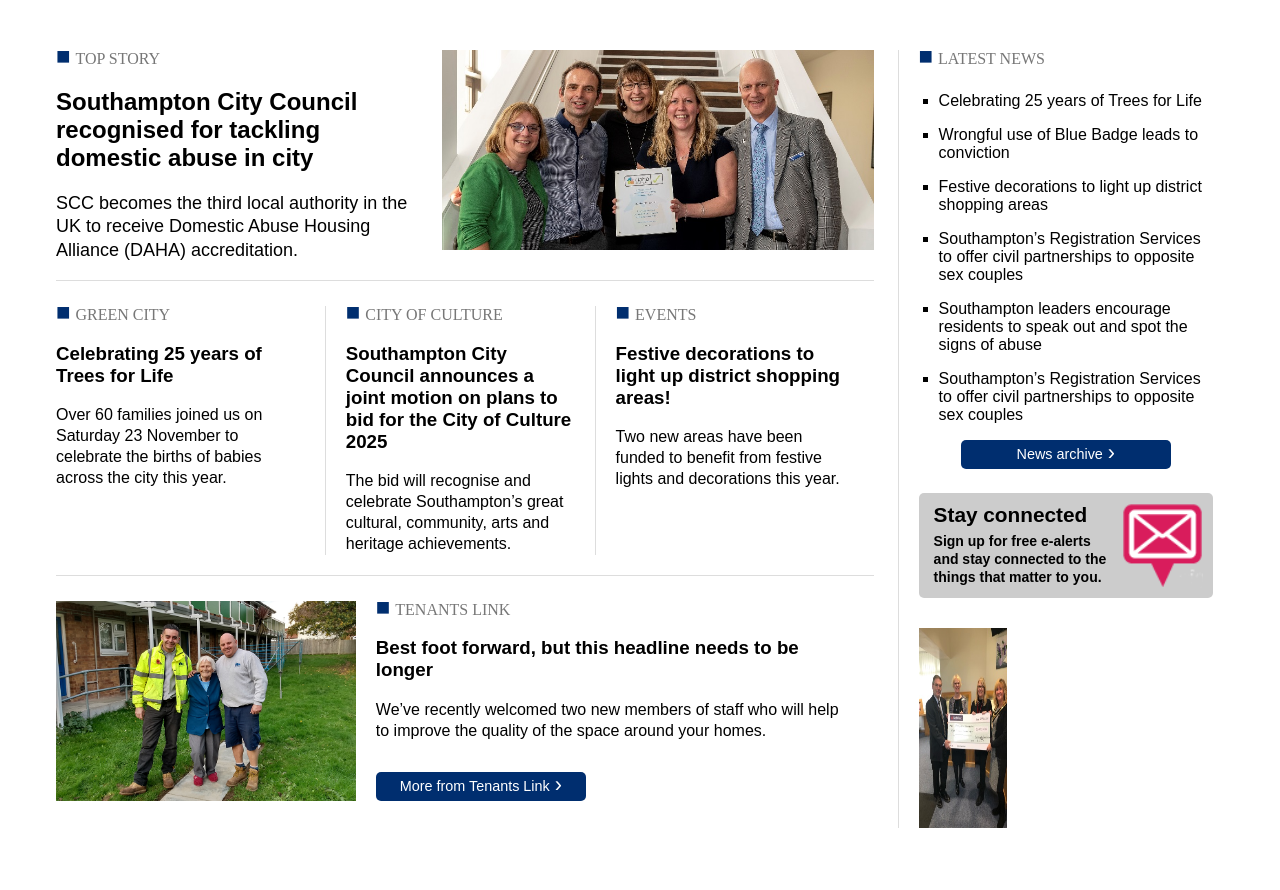
Repository: Domehead123/newspage
Page: index.html
The author's editor kept a record of every edit. The page is drawn from the files as they stood at one moment, then again after the next edit.
The browser window is 1280 px wide. The pictures show the whole page.
Some web libraries are served in a nearby version.

Above is the page before.

### index.html
<!DOCTYPE html>
<html lang="en">

<head>
    <meta charset="UTF-8">
    <meta name="viewport" content="width=device-width, initial-scale=1.0">
    <meta http-equiv="X-UA-Compatible" content="ie=edge">
    <script src="https://ajax.googleapis.com/ajax/libs/jquery/3.4.1/jquery.min.js"></script>

    <script src="https://kit.fontawesome.com/aae406265c.js" crossorigin="anonymous"></script>

    <link rel="stylesheet" href="news.css" type="text/css" />
    <title>News & Events</title>
</head>

<body>
    <div class="page-width">

        <div class="split-page">
            <div class="top-row">
                <div class="top-story">

                    <a href="#"><img class="top-large-pic" src="images/DAHA.jpg"></a>
                    <div class="subject-header">TOP STORY</div>


                    <h2><a href="#">

Southampton City Council recognised for tackling domestic abuse in city</a></h2>
                    <p><a href="#"><img class="top-small-pic" src="images/DAHA.jpg">SCC becomes the third local authority in the UK to receive Domestic Abuse Housing Alliance (DAHA) accreditation.</a></p>
                </div>


            </div>

            <div class="latest-news">
                <div class="subject-header">LATEST NEWS</div>

                <ul>
                    <li><a href="#">Celebrating 25 years of Trees for Life</a></li>
                    <li><a href="#">Wrongful use of Blue Badge leads to conviction</a></li>
                    <li><a href="#">Festive decorations to light up district shopping areas</li>
                    <li><a href="#">Southampton’s Registration Services to offer civil partnerships to opposite sex couples</a></li>
                    <li><a href="#">Southampton leaders encourage residents to speak out and spot the signs of abuse</a></li>
                    <li><a href="#">Southampton’s Registration Services to offer civil partnerships to opposite sex couples</a></li>

                </ul>
                <p class="more centre"><a href="#">News archive</a></p>
            </div>


            <div class="middle-row">
                <div class="topic">
                    <div class="subject-header ">GREEN CITY</div>

                    <h3><a href="#">
Celebrating 25 years of Trees for Life
 </a></h3>
                    <p><a href="#">Over 60 families joined us on Saturday 23 November to celebrate the births of babies across the city this year.</a></p>
                </div>
                <div class="topic">
                    <div class="subject-header">CITY OF CULTURE</div>

                    <h3><a href="#">Southampton City Council announces a joint motion on plans to bid for the City of Culture 2025</a></h3>
                    <p><a href="#">The bid will recognise and celebrate Southampton’s great cultural, community, arts and heritage achievements.</a></p>
                </div>

                <div class="topic">
                    <div class="subject-header ">EVENTS</div>

                    <h3><a href="#">
Festive decorations to light up district shopping areas!
 </a></h3>
                    <p><a href="#">Two new areas have been funded to benefit from festive lights and decorations this year.</a></p>

                </div>

            </div>




            <div class="bottom-row">

                <div class="tenants-container">
                    <div class="tenants"><a href="#"><img class="bottom-large-pic" src="images/tenants.jpg"></a>

                        <div class="subject-header ">TENANTS LINK</div>

                        <h3><a href="#">Best foot forward, but this headline needs to be longer</a></h3>
                        <p><a href="#"><img class="bottom-small-pic" src="images/tenants.jpg">We’ve recently welcomed two new members of staff who will help to improve the quality of the space around your homes. </a></p>

                    </div>
                    <p class="more"><a href="#">More from Tenants Link</a></p>
                </div>




            </div>




        </div>

        <div class="side-panel">

            <div class="latest-news">
                <div class="subject-header">LATEST NEWS</div>

                <ul>
                    <li><a href="#">Celebrating 25 years of Trees for Life</a></li>
                    <li><a href="#">Wrongful use of Blue Badge leads to conviction</a></li>
                    <li><a href="#">Festive decorations to light up district shopping areas</li>
                    <li><a href="#">Southampton’s Registration Services to offer civil partnerships to opposite sex couples</a></li>
                    <li><a href="#">Southampton leaders encourage residents to speak out and spot the signs of abuse</a></li>
                    <li><a href="#">Southampton’s Registration Services to offer civil partnerships to opposite sex couples</a></li>
                </ul>
                <p class="more centre"><a href="#">News archive</a></p>


            </div>

            <div class="connected">

                <a href="#"><img src="images/connected.png"></a>
                <h2><a href="#">Stay connected</a></h2>

                <p><a href="#">Sign up for free e-alerts and stay connected to the things that matter to you.</a></p>
            </div>

            <div class="media">
                <img class="bottom-large-pic" src="images/lipstick.jpg">

            </div>


        </div>






    </div>






</body>

</html>

### news.css
/* REMOVE LEFT-HAND NAV */

.sidebar__content {
    display: none !important;
}

.page-body {
    left: 0 !important;
    width: 100% !important;
    font-size: 20px;
}

.page-width {
    max-width: 1168px;
    margin: 50px auto;
    padding: 0 25px;
}


/* GENERAL STYLING AND LINKS */

h2,
h3,
h4,
li,
p {
    font-family: "franklin-gothic-urw", sans-serif;
}


p {
    font-size: 18px;
    line-height: 130%;
}


a {
    color: #000;
    text-decoration: none;
    transition: 0.4s all;
}

.centre {
    margin: 0 auto;
}


.topic:hover a,
.top-story:hover a,
.tenants:hover a,
.latest-news a:hover,
.connected:hover a,
.more a:hover,
.media a:hover {
    text-decoration: underline;
}

.subject-header {
    color: #777;
}

.subject-header:before {
    content: "\25A0";
    line-height: 0;
    font-size: 1.5em;
    color: #002e6f;
    margin-right: 5px;
}

/* MAIN CONTENT */

.split-page {
    display: inline-block;
    vertical-align: top;
    width: 70%;
}


.split-page .latest-news {
    padding: 25px 0;
    display: none;
    border-bottom: 1px solid #ddd;
    margin-bottom: 0;
}

.top-row {
    display: flex;
    border-bottom: 1px solid #ddd;
}

.middle-row {
    clear: both;
    display: flex;
    flex-wrap: wrap;
    border-bottom: 1px solid #ddd;
    padding: 25px 0 20px 0;
}

.bottom-row {
    clear: both;
    display: flex;
    padding: 25px 0;
}

.top-story {
    margin: 0;
    box-sizing: border-box;
}

.top-story::after {
    content: "";
    clear: both;
    display: table;
}


.top-large-pic {
    display: block;
    margin: 0 0 20px 20px;
    height: 200px;
    float: right;
}

.top-small-pic {
    display: none;
    float: right;
    margin: 0 0 20px 20px;
    height: 100px;
}

.topic {
    width: 33%;
    padding: 0 20px;
    box-sizing: border-box;
    display: inline-block;
    vertical-align: top;
}

.right-border {}

.topic p {
    font-size: 16px;
    margin-bottom: 0;
}

.tenants p {
    font-size: 16px;
}

.topic:nth-child(1) {
    padding: 0 20px 0 0;
    border-right: 1px solid #ddd;
}

.topic:nth-child(2) {
    border-right: 1px solid #ddd;
}

.lower-stories {
    border-right: 1px solid #ddd;
}

.bottom-large-pic {
    height: 200px;
    margin-right: 20px;
    float: left;
}

.bottom-small-pic {
    display: none;
    float: right;
    margin: 0 0 20px 20px;
    height: 100px;
}

.tenants-container {
    margin-right: 20px;
    box-sizing: border-box;
    display: inline-block;
    vertical-align: top;
}

.more {
    font-size: 0.9em;
    background: #002e6f;
    width: 200px;
    padding: 5px;
    text-align: center;
    border-radius: 5px;
}

.tenants-container .more {
    float: left;
}

.more a {
    color: #fff;
}

.more::after {
    content: "\203A";
    color: #fff;
    font-size: 1.5em;
    line-height: 0;
    margin-left: 5px;
    position: relative;
    top: 1px;
}



/* SIDE PANEL */

.side-panel {
    display: inline-block;
    vertical-align: top;
    width: 27%;
    margin-left: 20px;
    border-left: 1px solid #ddd;
    padding-left: 20px;
    box-sizing: border-box;
}

.latest-news {
    margin-bottom: 1.5em;
}

.latest-news ul,
.media ul {
    padding: 0 0 0 20px;
    margin-top: 1.5em;
}

.latest-news ul li,
.media ul li {
    margin: 0 0 1em 0;
    font-size: 16px;
    list-style-type: square;
}

.extras {
    display: flex;
    flex-wrap: wrap;
}


.connected {
    background: #ccc;
    padding: 10px 10px 10px 15px;
    border-radius: 5px;
    margin-bottom: 30px;
    width: 100%;
    box-sizing: border-box;
}

.connected img {
    float: right;
    height: 85px;
    margin-left: 10px;
}

.connected h2 {
    font-size: 1.3em;
    margin: 0 0 5px 0;
}

.connected p {
    font-size: 14px;
    font-weight: bold;
    margin: 0;
}


.connected::after {
    content: "";
    clear: both;
    display: table;
}

.media {
    width: 100%;

}

.media img {
    float: left;
    width: 30%;
    margin-right: 15px;
}

.media ul {
    padding: 0 0 0 20px;
    margin-top: 1.5em;
    margin-bottom: 0;
    display: inline-block;
    box-sizing: border-box;
    width: 60%;
}

.media ul li {
    margin: 0 0 1em 0;
    list-style-type: square;
    font-size: 14px;
}

.extras {
    display: flex;
}


@media only screen and (max-width: 1000px) {
    .split-page {
        width: 100%;
    }

    .side-panel {
        width: 100%;
        border-left: 0;
        margin: 0;
        padding: 0;
    }

    .split-page .latest-news {
        display: block
    }

    .side-panel .latest-news {
        display: none;
    }

    .connected {
        width: 45%;
        margin-right: 25px;
        margin-bottom: 0;
    }

    .media {
        width: 45%;
        border: 1px solid #ddd;
        padding: 15px;
        border-radius: 5px;
        box-sizing: content-box;
    }

}


@media only screen and (max-width: 750px) {
    .top-large-pic {
        display: none;
    }

    .top-small-pic {
        display: block;
    }

    .bottom-large-pic {
        display: none;
    }

    .bottom-small-pic {
        display: block;
    }

    .tenants-container {
        margin-right: 0;
    }

    .tenants-container .more {
        float: none;
        margin: 10px auto;
        clear: both;
    }

}


@media only screen and (max-width: 660px) {
    .connected {
        width: 100%;
        margin-right: 0;
        margin-bottom: 25px;
    }

    .media {
        width: 100%;
    }

    .media img {
        height: 100px;
        width: auto;
    }



}


@media only screen and (max-width: 600px) {
    .topic {
        width: 100%;
    }

    .topic:nth-child(1) {
        padding: 0 0 25px 0;
        border-right: 0;
        border-bottom: 1px solid #ddd;
    }

    .topic:nth-child(2) {
        padding: 25px 0;
        border-right: 0;
        border-bottom: 1px solid #ddd;
    }

    .topic:nth-child(3) {
        padding: 25px 0 0 0;
    }


}



@media only screen and (max-width: 450px) {

    .top-small-pic,
    .bottom-small-pic {
        height: auto;
        width: 100%;
    }
}



@media only screen and (max-width: 400px) {

    .media img {
        display: none;
    }
}

After the next edit:
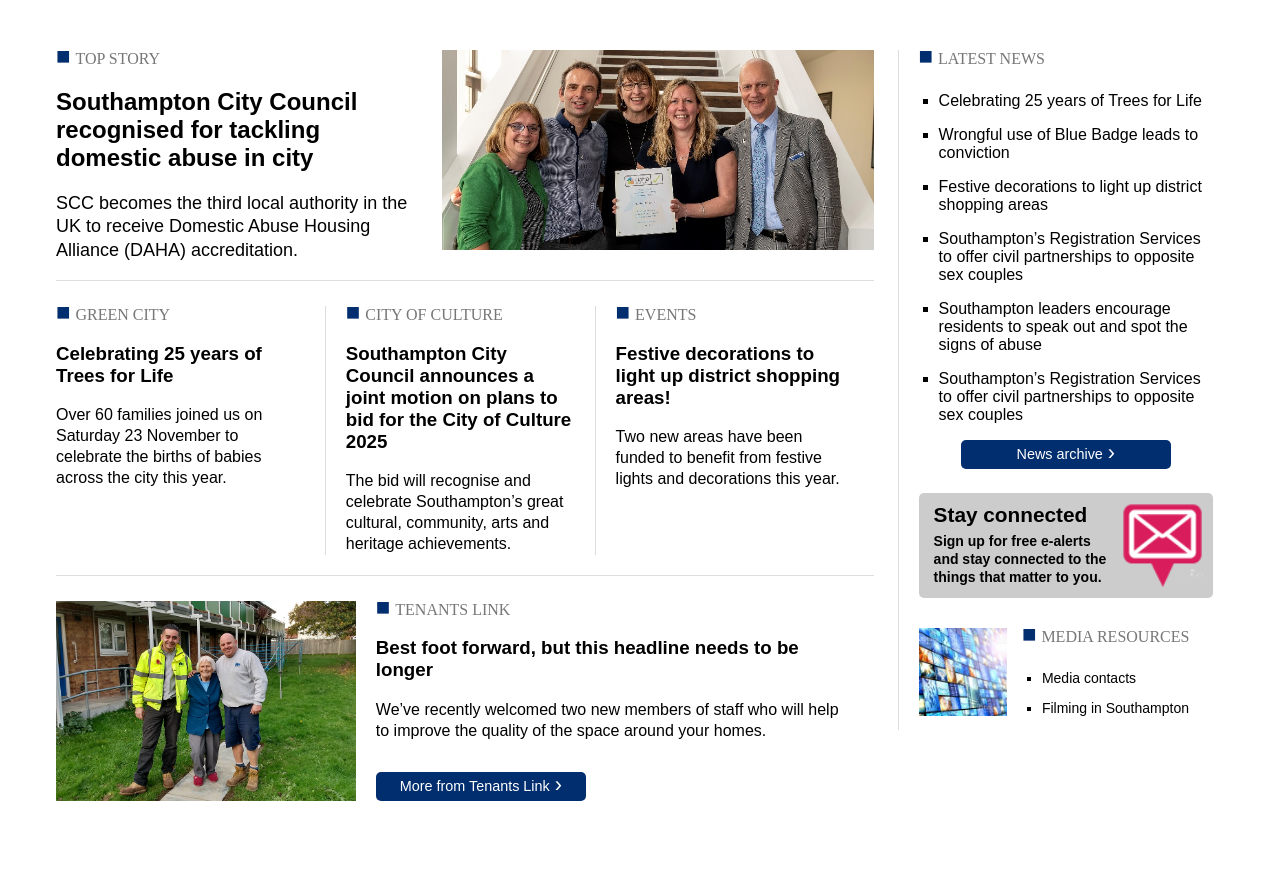
The edit:
--- a/index.html
+++ b/index.html
@@ -131,7 +131,16 @@
             </div>
 
             <div class="media">
-                <img class="bottom-large-pic" src="images/lipstick.jpg">
+                <a href="#"><img src="images/media2.jpg"></a>
+
+
+                <div class="subject-header ">MEDIA RESOURCES</div>
+
+                <ul>
+                    <li><a href="# ">Media contacts</a></li>
+                    <li><a href="# ">Filming in Southampton</a></li>
+
+                </ul>
 
             </div>
 
